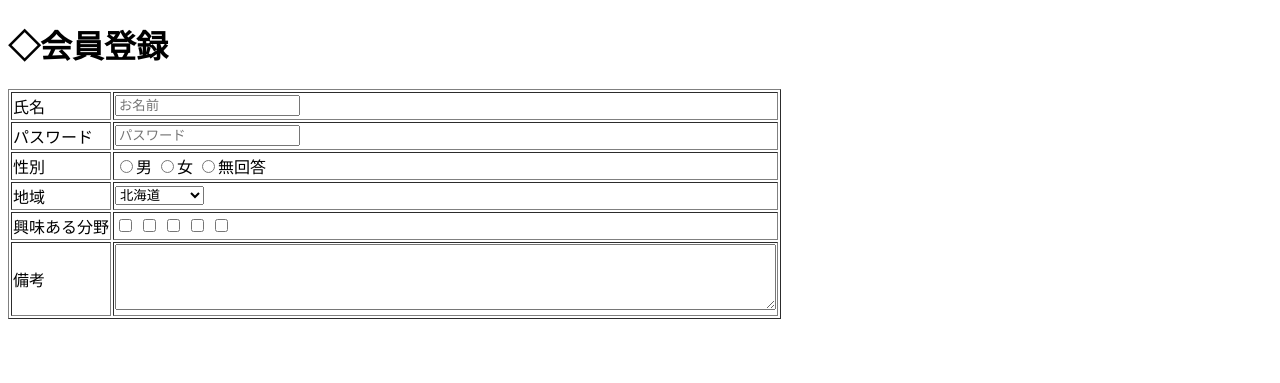
Repository: hideck/STSWorkspace
Page: Registration/src/main/resources/static/input.html
These files come from the project's save history. The page is drawn as it stood at one moment and after the next save; the edit follows.
The browser window is 1280 px wide. The pictures show the whole page.

Above is the page before, as saved 2022-06-22 13:00:55.

### Registration/src/main/resources/static/input.html
<!doctype html>
<html lang="ja">
<head>
	<meta charset="UTF-8" />
	<title>会員登録</title>
</head>
<body>
	<h1>◇会員登録</h1>
	<form action="/register" method="POST">
	<table border="1">
		<tr>
			<td>氏名</td>
			<td><input type="text" name="name" placeholder="お名前"/></td>
		</tr>
		<tr>
			<td>パスワード</td>
			<td><input type="password" name="password" placeholder="パスワード"td>
		</tr>
		<tr>
			<td>性別</td>
			<td><input type="radio" name="gender" id="1" />男
			<input type="radio" name="gender" id="2" />女
			<input type="radio" name="gender" id="3" />無回答</td>
		</tr>
		<tr>
			<td>地域</td>
			<td><select name="area">
			<option value="1">北海道</option>
			<option value="2">東北</option>
			<option value="3">関東</option>
			<option value="4">中部</option>
			<option value="5">関西</option>
			<option value="6">中国</option>
			<option value="7">四国</option>
			<option value="8">九州・沖縄</option>
			</select></td>
		</tr>
		<tr>
			<td>興味ある分野</td>
			<td>
				<input type="checkbox" name="ハード・インフラ" id="1" />
				<input type="checkbox" name="プログラミング" id="2" />
				<input type="checkbox" name="データベース" id="3" />
				<input type="checkbox" name="ネットワーク" id="4" />
				<input type="checkbox" name="その他" id="5" />
			</td>
		</tr>
		<tr>
			<td>備考</td>
			<td><textarea name="remarks" cols="80" rows="4"></textarea></td>
		</tr>
	</table>
	</form>
</body>
</html>

After the next save:
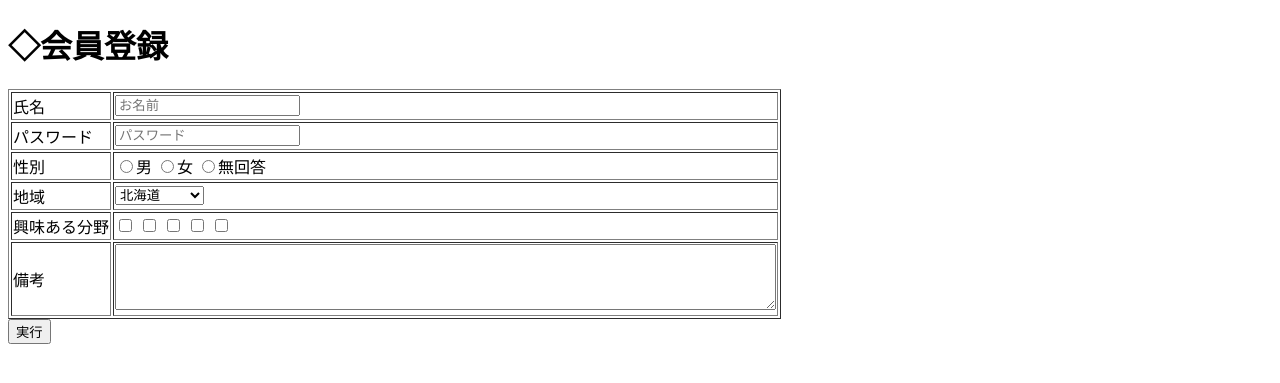
Saved 57 s later.
--- a/Registration/src/main/resources/static/input.html
+++ b/Registration/src/main/resources/static/input.html
@@ -50,6 +50,7 @@
 			<td><textarea name="remarks" cols="80" rows="4"></textarea></td>
 		</tr>
 	</table>
+	<input type="submit" value="実行" />
 	</form>
 </body>
 </html>
